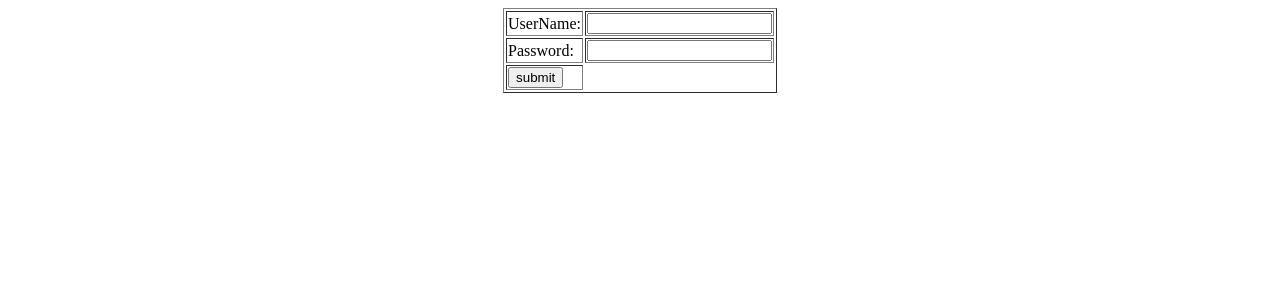
Repository: manish1905/MetaData_Details
Page: http://localhost/MetaData_Details/
An editor plug-in stored every save of this project. The page is shown before and after the next save, followed by the edit.
The browser window is 1280 px wide. The pictures show the whole page.
The page is served by Tomcat 9. Other server files are loaded and not shown.

Above is the page before, as saved 2019-01-03 06:50:10.

### MetaData_Details/web/index.jsp
<%@ page language="java" contentType="text/html; charset=ISO-8859-1"
    pageEncoding="ISO-8859-1"%>
    <%@ taglib prefix="form" uri="http://www.springframework.org/tags/form"%>
<!DOCTYPE html>
<html>
<head>
<meta charset="ISO-8859-1">
<title>Welcome</title>
<style>


</style>
</head>

<body>
<div>
	<form action ="login">
	<table align="center" border="1">
	<tr>
	<td>UserName:</td>
	<td><input type="text" name="userName"/></td>
	</tr>
	<tr>
	<td>Password:</td>
	<td><input type="text" name="password"/></td>

	</tr>

	<td><input type="button" name="submit" value="submit"/></td>

	</table>

	</form>
	</div>
</body>
</html>

After the next save:
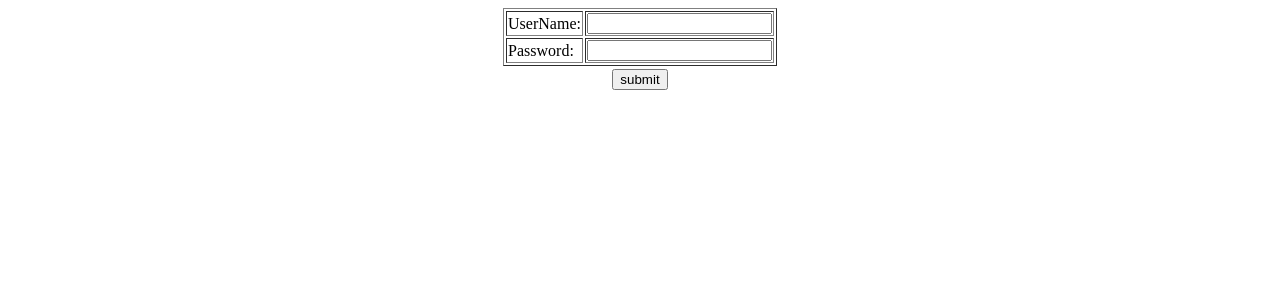
Saved 54 s later.
--- a/MetaData_Details/web/index.jsp
+++ b/MetaData_Details/web/index.jsp
@@ -26,7 +26,11 @@
 
 	</tr>
 
-	<td><input type="button" name="submit" value="submit"/></td>
+	<table align="center">
+	<tr>
+	<td><input type="submit" value="submit"/></td>
+	</tr>
+	</table>
 
 	</table>
 
